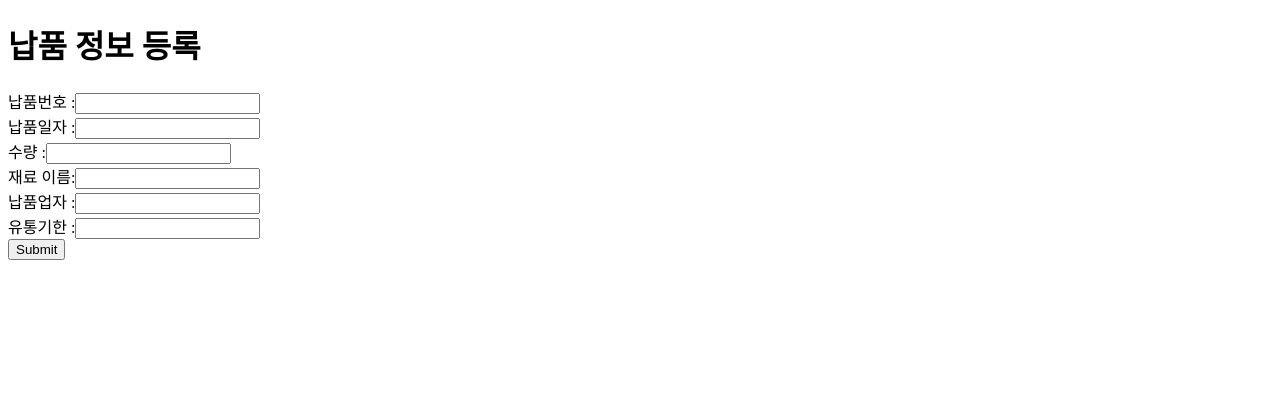
Repository: Awseok/InterDBTermProject
Page: FoodManager/WebContent/Supply_modify.html
These files come from the project's save history. The page is drawn as it stood at one moment and after the next save; the edit follows.
The browser window is 1280 px wide. The pictures show the whole page.

Above is the page before, as saved 2020-06-29 15:20:55.

### FoodManager/WebContent/Supply_modify.html
<!DOCTYPE html>
<html>
<head>
<meta charset="UTF-8">
<title>납품 정보 등록</title>
</head>
<body>
<h1> 납품 정보 등록 </h1>

<form action="http://localhost:8080/FoodManager/SupplyController">
납품번호 :<input type="number" name="sno"> <br />
납품일자 :<input type="text" name="sdate"> <br />
수량      :<input type="number" name="amount"> <br />
재료 이름:<input type="text" name="gname"> <br />
납품업자 :<input type="text" name="sname"> <br />
유통기한 :<input type="text" name="edate"> <br />

<input type="submit">
</form>
</body>
</html>

After the next save:
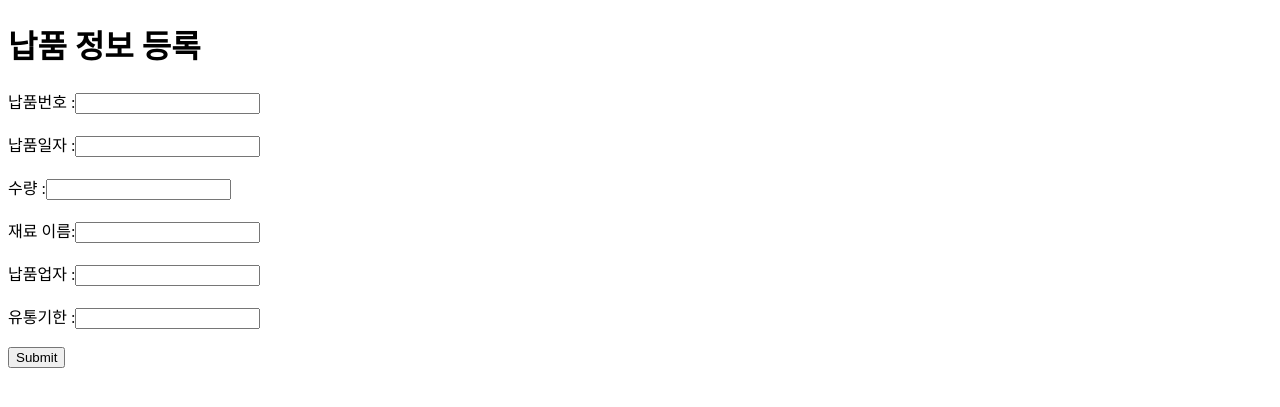
Saved 2 min 38 s later.
--- a/FoodManager/WebContent/Supply_modify.html
+++ b/FoodManager/WebContent/Supply_modify.html
@@ -8,12 +8,12 @@
 <h1> 납품 정보 등록 </h1>
 
 <form action="http://localhost:8080/FoodManager/SupplyController">
-납품번호 :<input type="number" name="sno"> <br />
-납품일자 :<input type="text" name="sdate"> <br />
-수량      :<input type="number" name="amount"> <br />
-재료 이름:<input type="text" name="gname"> <br />
-납품업자 :<input type="text" name="sname"> <br />
-유통기한 :<input type="text" name="edate"> <br />
+납품번호 :<input type="number" name="sno"> <br/><br>
+납품일자 :<input type="text" name="sdate"> <br/><br>
+수량      :<input type="number" name="amount"> <br/><br>
+재료 이름:<input type="text" name="gname"> <br/><br>
+납품업자 :<input type="text" name="sname"> <br/><br>
+유통기한 :<input type="text" name="edate"> <br/><br>
 
 <input type="submit">
 </form>
